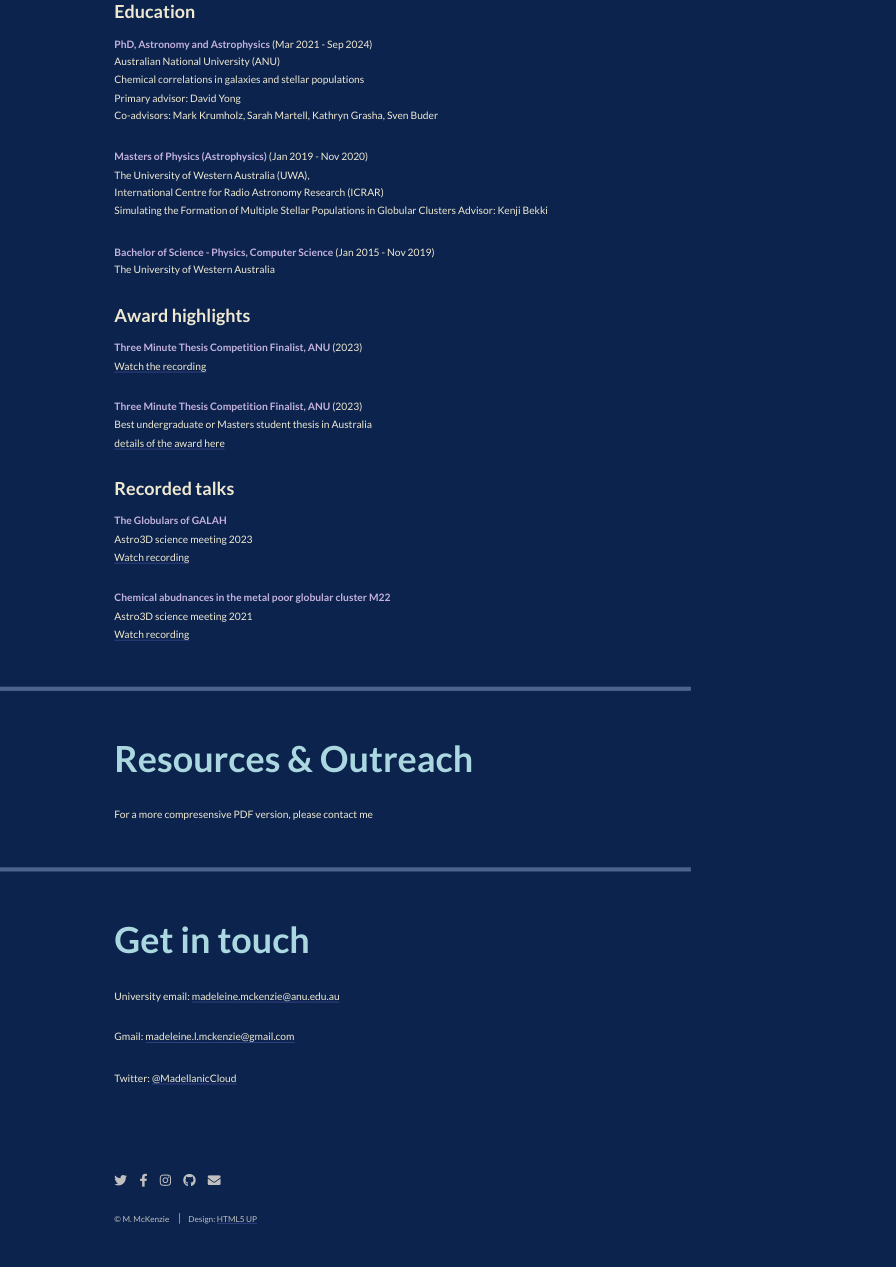
Repository: madeleine-mckenzie/madeleine-mckenzie.github.io
Page: index.html
These files come from the project's save history. The page is drawn as it stood at one moment and after the next save; the edit follows.
The browser window is 1280 px wide. The pictures show the part of the page from y = 2100 to 4020 px (the page is 3910 px tall before and 4020 px after), at 70% of full size.
Backgrounds fixed to the window are drawn as part of the page.

Above is the page before, as saved 2023-11-12 16:39:23.

After the next save:
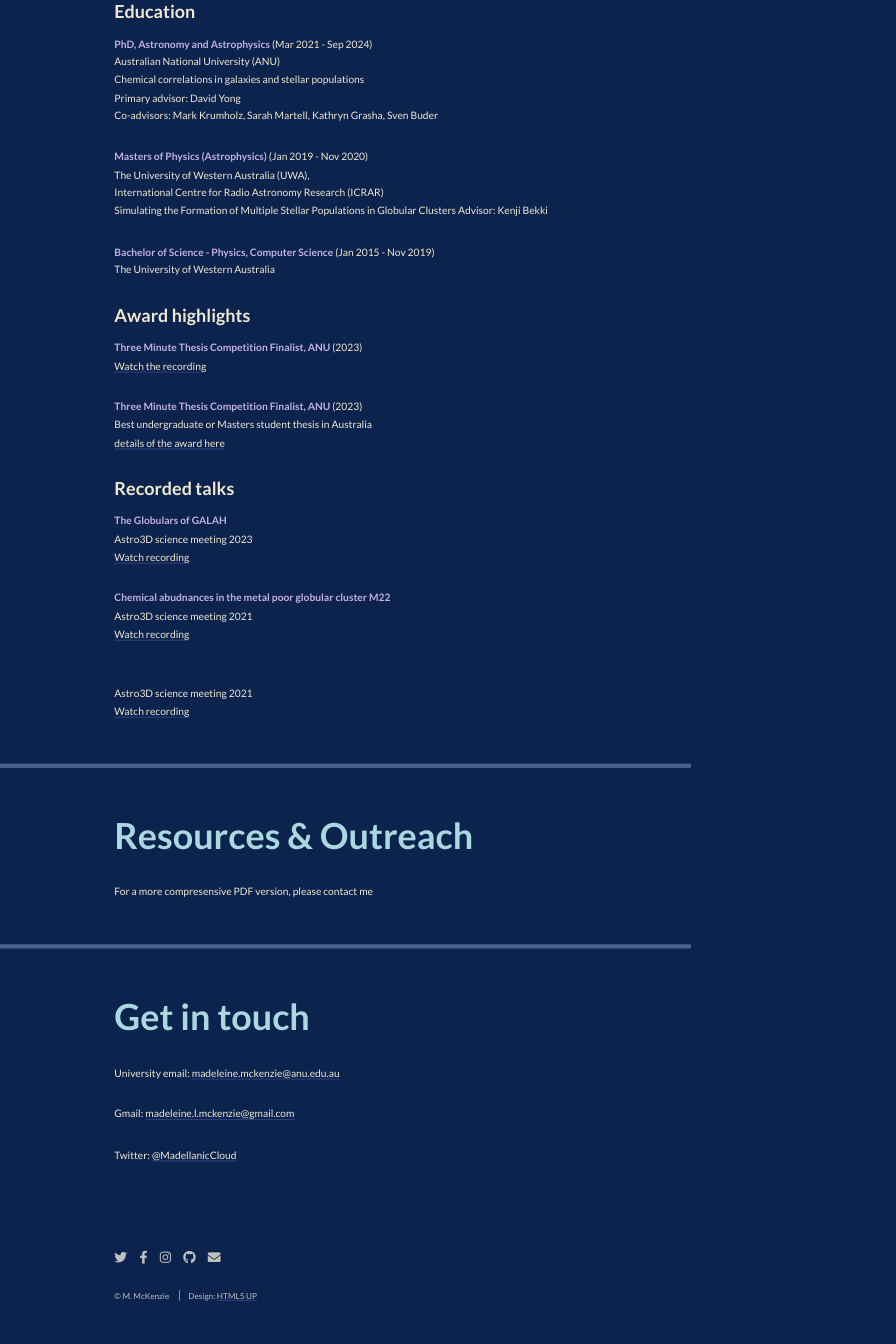
Saved 20 s later.
--- a/index.html
+++ b/index.html
@@ -140,6 +140,11 @@
                             <a href="https://www.youtube.com/watch?v=3hCc7SoufvI&ab_channel=ASTRO3D">Watch recording</a>
                             </p>
 
+                            <p><b> </b> <br />
+                                Astro3D science meeting 2021 <br />
+                                <a href="https://www.youtube.com/watch?v=3hCc7SoufvI&ab_channel=ASTRO3D">Watch recording</a>
+                                </p>
+
                     </div>
                 </section>
 
